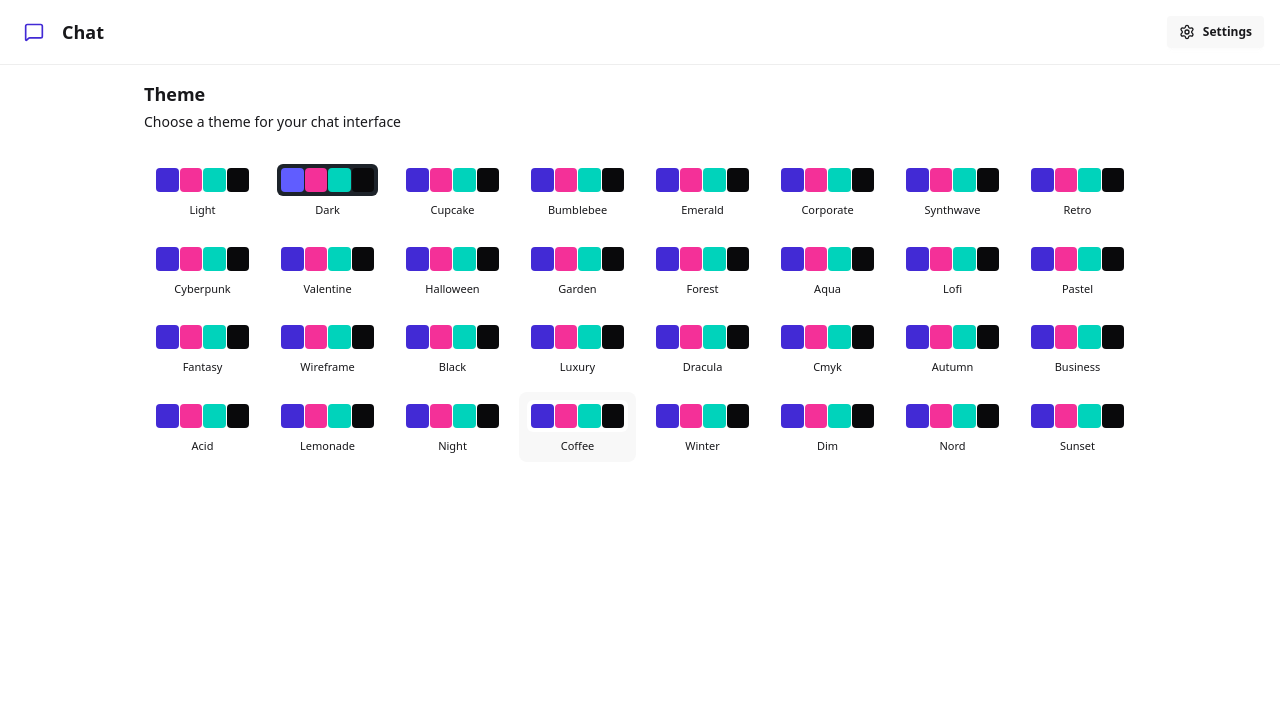
Repository: Subhashree-Nayak507/Chat_Application
Page: /settings (app in frontend/)
These files come from the project's save history. The page is drawn as it stood at one moment and after the next save; the edit follows.
The browser window is 1280 px wide. The pictures show the whole page.
The page's requests for data from a server got no answer. The project was rebuilt for these pictures with package versions that can differ from the ones it lists, and the page was loaded fresh each time. No one was signed in, and anything a server would have sent is missing. Also part of the build but not shown: frontend/vite.config.js, frontend/src/pages/SignUpPage.jsx, frontend/src/pages/LoginPage.jsx, frontend/src/pages/ProfilePage.jsx, frontend/src/pages/HomePage.jsx. Imported but missing from the stored project, and not drawn on this page: frontend/src/components/AuthImagePattern.

Above is the page before, as saved 2024-12-15 15:50:53.

After the next save:
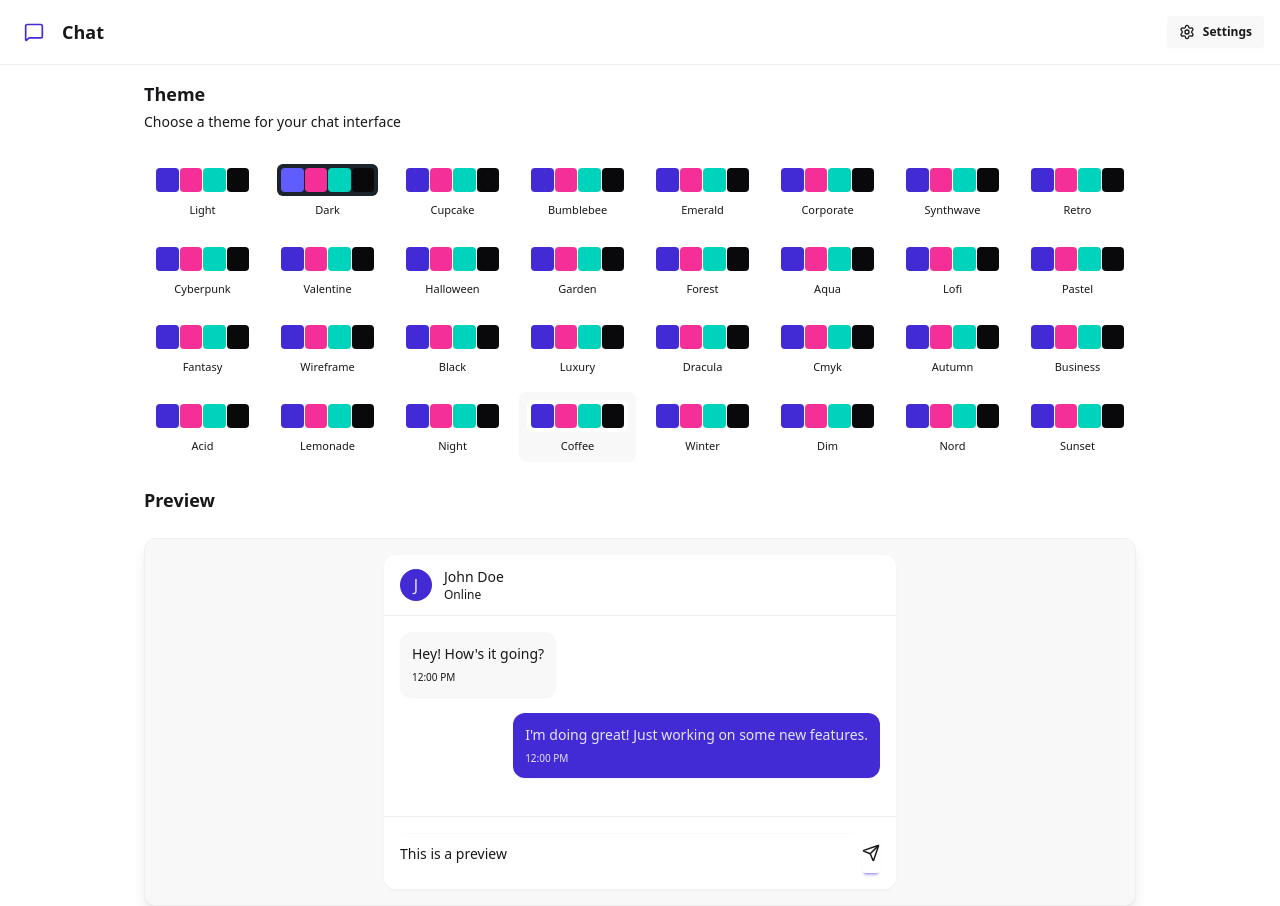
Saved 6 min 47 s later.
--- a/frontend/src/pages/SettingsPage.jsx
+++ b/frontend/src/pages/SettingsPage.jsx
@@ -1,4 +1,3 @@
-import React from 'react'
 import { THEMES } from "../constants";
 import { useThemeStore } from "../store/useThemeStore";
 import { Send } from "lucide-react";
@@ -8,18 +7,19 @@ const PREVIEW_MESSAGES = [
   { id: 2, content: "I'm doing great! Just working on some new features.", isSent: true },
 ];
 
+const SettingsPage = () => {
+  const { theme, setTheme } = useThemeStore();
 
-const SettingsPage = () => {
-  const { theme,setTheme } = useThemeStore();
   return (
-    <div className='h-screen conteiner mx-auto px-4 pt-20 max-w-5xl'>
-      <div className='space-y-6'>
-        <div className='flex flex-col gap-1'>
-          <h2 className='text-lg font-semibold'> Theme</h2>
-          <p className='text-sm text-base-content/70'> Choose a theme for your chat interface</p>
+    <div className="h-screen container mx-auto px-4 pt-20 max-w-5xl">
+      <div className="space-y-6">
+        <div className="flex flex-col gap-1">
+          <h2 className="text-lg font-semibold">Theme</h2>
+          <p className="text-sm text-base-content/70">Choose a theme for your chat interface</p>
         </div>
-        <div className='grid grid-cols-4 sm:grid-cols-6 md:grid-cols-8 gap-2'>
-        {THEMES.map((t) => (
+
+        <div className="grid grid-cols-4 sm:grid-cols-6 md:grid-cols-8 gap-2">
+          {THEMES.map((t) => (
             <button
               key={t}
               className={`
@@ -42,9 +42,75 @@ const SettingsPage = () => {
             </button>
           ))}
         </div>
+
+        {/* Preview Section */}
+        <h3 className="text-lg font-semibold mb-3">Preview</h3>
+        <div className="rounded-xl border border-base-300 overflow-hidden bg-base-100 shadow-lg">
+          <div className="p-4 bg-base-200">
+            <div className="max-w-lg mx-auto">
+              {/* Mock Chat UI */}
+              <div className="bg-base-100 rounded-xl shadow-sm overflow-hidden">
+                {/* Chat Header */}
+                <div className="px-4 py-3 border-b border-base-300 bg-base-100">
+                  <div className="flex items-center gap-3">
+                    <div className="w-8 h-8 rounded-full bg-primary flex items-center justify-center text-primary-content font-medium">
+                      J
+                    </div>
+                    <div>
+                      <h3 className="font-medium text-sm">John Doe</h3>
+                      <p className="text-xs text-base-content/70">Online</p>
+                    </div>
+                  </div>
+                </div>
+
+                {/* Chat Messages */}
+                <div className="p-4 space-y-4 min-h-[200px] max-h-[200px] overflow-y-auto bg-base-100">
+                  {PREVIEW_MESSAGES.map((message) => (
+                    <div
+                      key={message.id}
+                      className={`flex ${message.isSent ? "justify-end" : "justify-start"}`}
+                    >
+                      <div
+                        className={`
+                          max-w-[80%] rounded-xl p-3 shadow-sm
+                          ${message.isSent ? "bg-primary text-primary-content" : "bg-base-200"}
+                        `}
+                      >
+                        <p className="text-sm">{message.content}</p>
+                        <p
+                          className={`
+                            text-[10px] mt-1.5
+                            ${message.isSent ? "text-primary-content/70" : "text-base-content/70"}
+                          `}
+                        >
+                          12:00 PM
+                        </p>
+                      </div>
+                    </div>
+                  ))}
+                </div>
+
+                {/* Chat Input */}
+                <div className="p-4 border-t border-base-300 bg-base-100">
+                  <div className="flex gap-2">
+                    <input
+                      type="text"
+                      className="input input-bordered flex-1 text-sm h-10"
+                      placeholder="Type a message..."
+                      value="This is a preview"
+                      readOnly
+                    />
+                    <button className="btn btn-primary h-10 min-h-0">
+                      <Send size={18} />
+                    </button>
+                  </div>
+                </div>
+              </div>
+            </div>
+          </div>
+        </div>
       </div>
     </div>
-  )
-}
-
-export default SettingsPage
+  );
+};
+export default SettingsPage;
